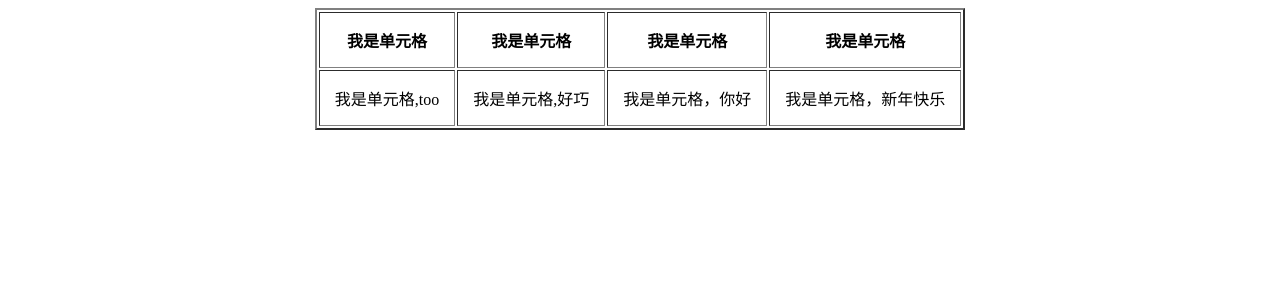
Repository: Qwenicq/My_project
Page: html/HTML_learning/2_html.html
These files come from the project's save history. The page is drawn as it stood at one moment and after the next save; the edit follows.
The browser window is 1280 px wide. The pictures show the whole page.

Above is the page before, as saved 2023-03-28 20:43:49.

After the next save:
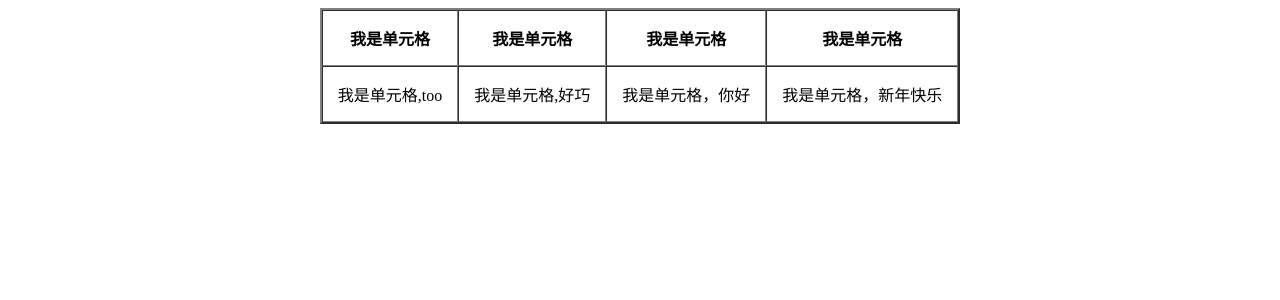
Saved 8 s later.
--- a/html/HTML_learning/2_html.html
+++ b/html/HTML_learning/2_html.html
@@ -8,7 +8,7 @@
 </head>
 <body>
     <!-- 属性要写在table中 -->
-    <table align="center" border="2" cellpadding="15" cellspace="0">
+    <table align="center" border="2" cellpadding="15" cellspacing="0">
         <tr>
             <th>我是单元格</th>
             <!-- 表头单元格 -->
